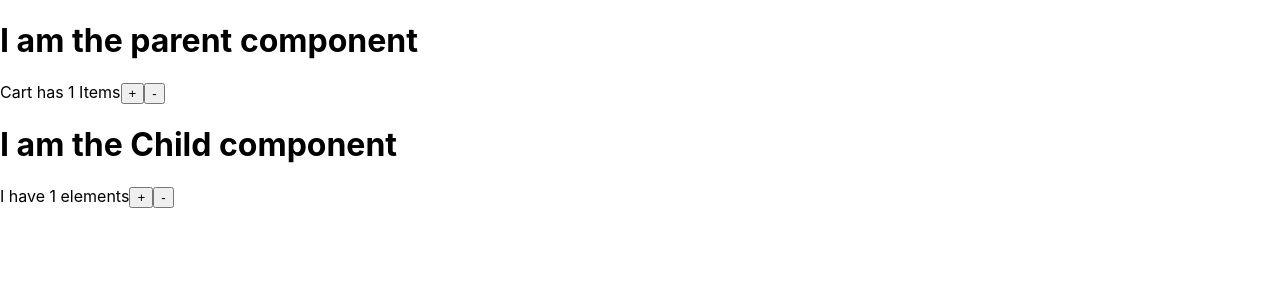
Repository: rajascript/simple-redux
Page: /
The author's editor kept a copy of each file at every save. The page is drawn from the files as they stood at one save, then again after the next save.
The browser window is 1280 px wide. The pictures show the whole page.
The project was rebuilt for these pictures with package versions that can differ from the ones it lists, and the page was loaded fresh each time.

Above is the page before, as saved 2020-05-26 10:04:42.

After the next save:
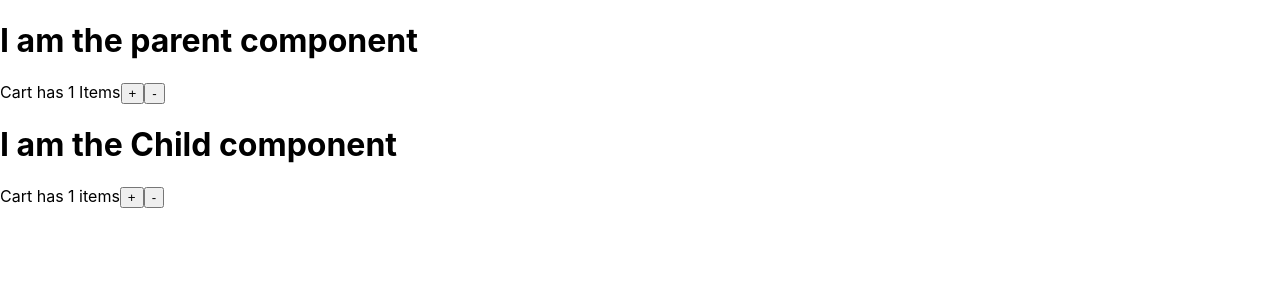
Saved 6 s later.
--- a/src/Child.js
+++ b/src/Child.js
@@ -12,7 +12,7 @@ class Child extends React.Component {
   render() {
     return (
       <div className="App">
-        <h1>I am the Child component</h1>I have {this.state.elements} elements
+        <h1>I am the Child component</h1>Cart has {this.state.elements} items
         <button
           onClick={() => this.setState({ elements: this.state.elements + 1 })}
         >
